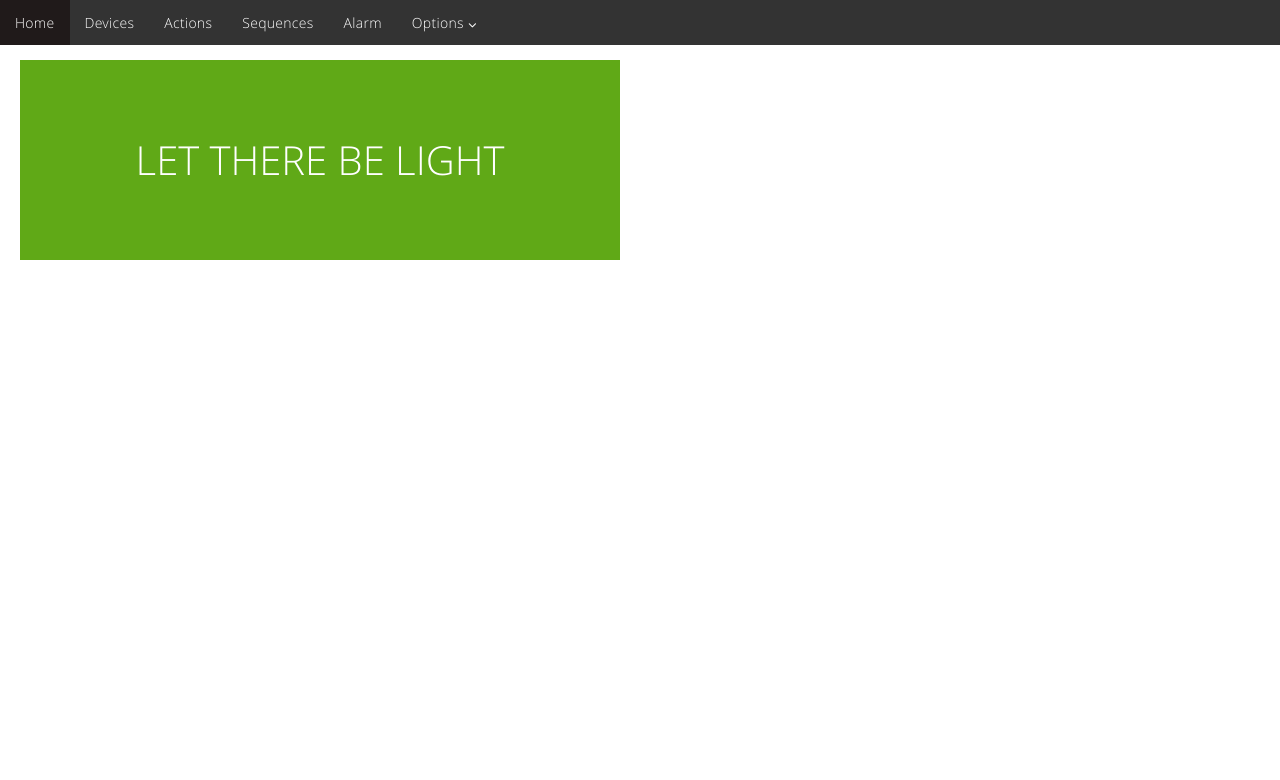
Repository: Pietvergiet/RPiProject
Page: http://localhost/RPi/
An editor plug-in stored every save of this project. The page is shown before and after the next save, followed by the edit.
The browser window is 1280 px wide. The pictures show the whole page.
The page is served by Tomcat 9.

Above is the page before, as saved 2014-10-26 20:05:02.

After the next save:
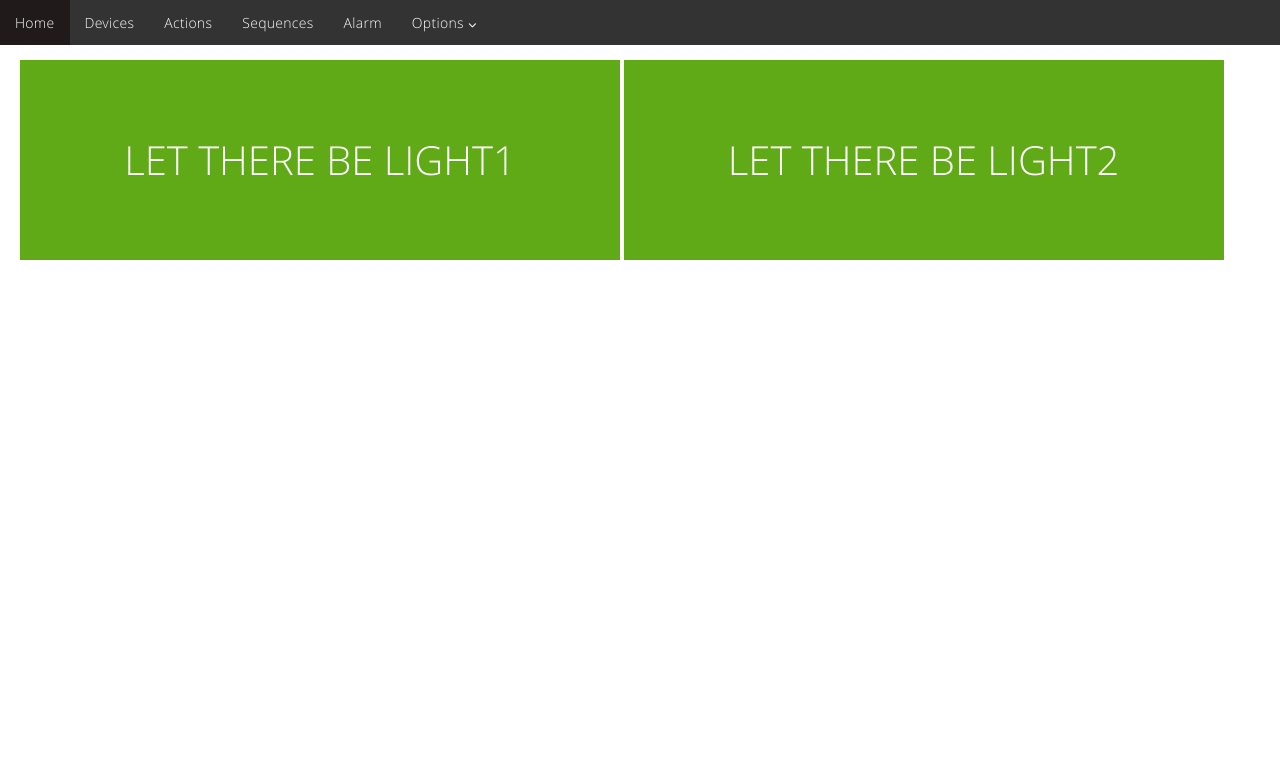
Saved 32 min 37 s later.
--- a/RPi/src/main/webapp/index.jsp
+++ b/RPi/src/main/webapp/index.jsp
@@ -42,7 +42,8 @@
 <div class="grid" style="margin-left:20px;margin-top:60px">
 
 	<form method="post" action="Blink">
-		<input class="bg-green bg-hover-lime fg-white" type="submit" value="LET THERE BE LIGHT" style="font-size:40px; height:200px; width:600px;">
+		<input class="bg-green bg-hover-lime fg-white" type="submit" value="LET THERE BE LIGHT1" style="font-size:40px; height:200px; width:600px;">
+		<input class="bg-green bg-hover-lime fg-white" type="submit" value="LET THERE BE LIGHT2" style="font-size:40px; height:200px; width:600px;">
 	</form>
 
 </div>
